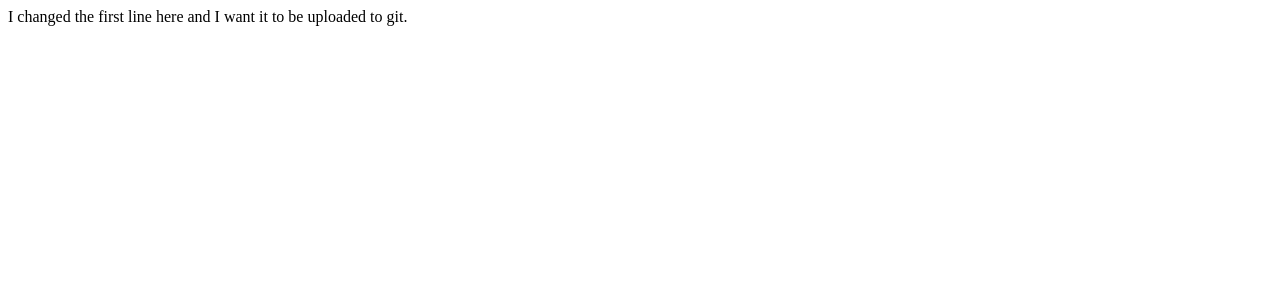
Repository: yuchen58/yutube.demo
Page: testJavaWebProject/WebContent/index.html
These files come from the project's save history. The page is drawn as it stood at one moment and after the next save; the edit follows.
The browser window is 1280 px wide. The pictures show the whole page.

Above is the page before, as saved 2016-09-28 18:23:10.

After the next save:
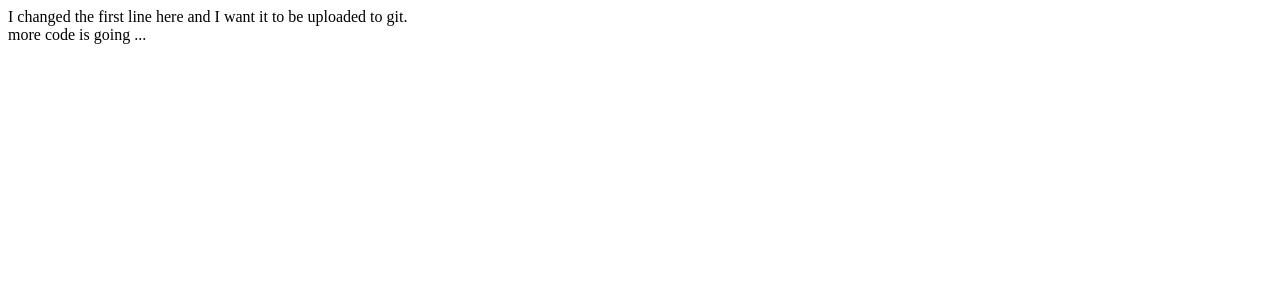
Saved 3 min 12 s later.
--- a/testJavaWebProject/WebContent/index.html
+++ b/testJavaWebProject/WebContent/index.html
@@ -6,5 +6,10 @@
 </head>
 <body>
 	I changed the first line here and I want it to be uploaded to git.
+
+	<br/>
+
+	more code is going ...
+
 </body>
 </html>
